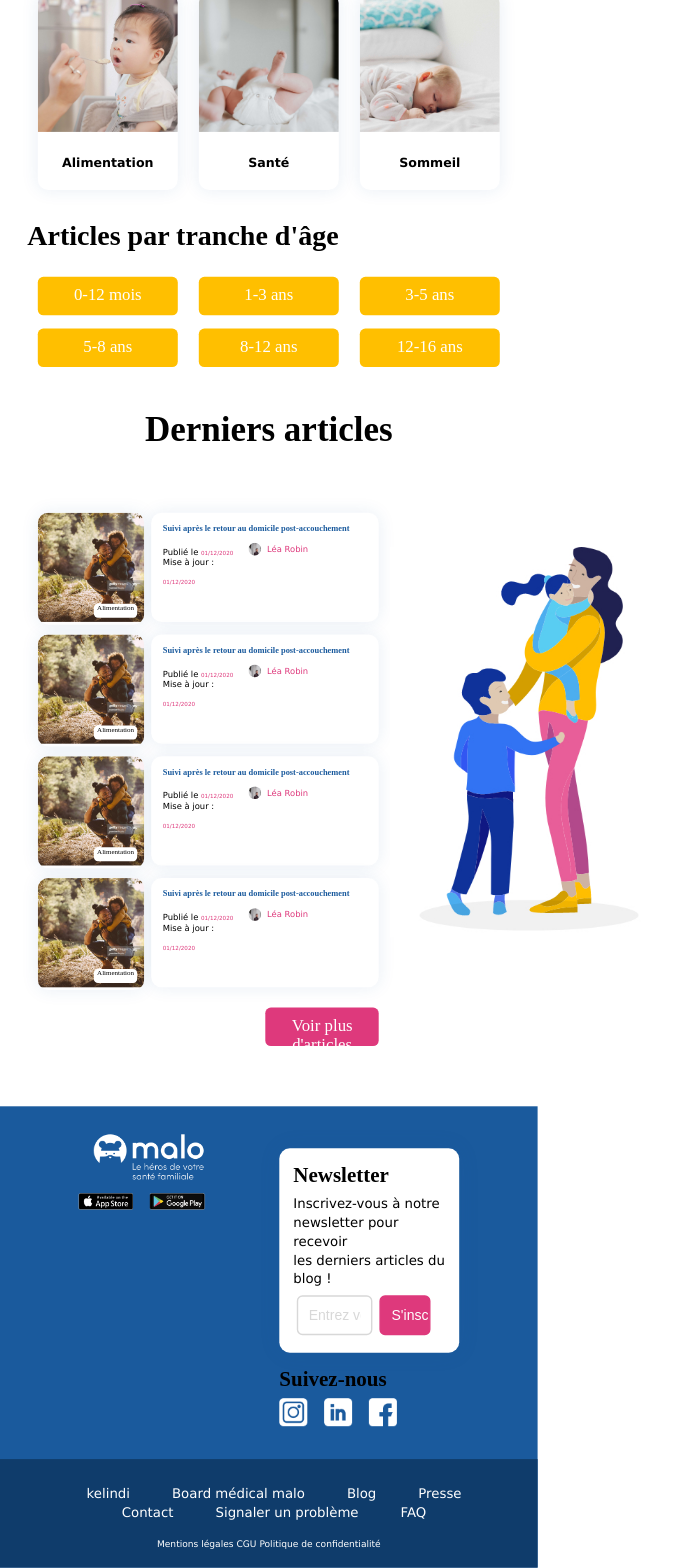
Repository: carbone-dev/keli-malo
Page: blog.html
The author's editor kept a copy of each file at every save. The page is drawn from the files as they stood at one save, then again after a run of saves.
The browser window is 768 px wide. The page is 974 px wide, so the pictures cover 974 px, including what lies to the right of the window. The pictures show the part of the page from y = 598 to 2838 px (the page is 2838 px tall before and 2726 px after), at 70% of full size.

Above is the page before, as saved 2020-12-11 11:55:55.

### blog.html
<!DOCTYPE html>
<html lang="en">

<head>
    <meta charset="UTF-8">
    <meta name="viewport" content="width=device-width, initial-scale=1.0">
    <title>Document</title>
    <link rel="stylesheet" type="text/css" href="css/style.css">
    <link rel="stylesheet" type="text/css" href="css/header.css">
    <link rel="stylesheet" type="text/css" href="css/grid.css">
    <link rel="stylesheet" type="text/css" href="css/blog.css">
    <link rel="preconnect" href="https://fonts.gstatic.com">
    <link href="https://fonts.googleapis.com/css2?family=Poppins:wght@200;300;400;900&display=swap" rel="stylesheet">
</head>

<body>
    <div class="container">

        <div class="header row align-items-center">
            <div class="col-6 col-md-2 ">
                <img class='img-full-width ' src="img/logo.png">
            </div>
            <div class="menu col-6 col-md-10 right d-none d-md-block ">
                <a href="#">Blog</a>
                <a href="#" class="boutton-1">Nous contacter</a>
            </div>
            <div class="menu col-6 col-md-10 right d-md-none d-sm-block">
                <a href="#nav-mobile">
                    <img src="img/burger.png" alt="">
                </a>
            </div>

            <div id="nav-mobile" class="modaloverlay">
                <div class="modal">
                    <div class="row">
                        <div class="col-6">
                            <img class='img-full-width ' src="img/logo.png">
                        </div>
                        <div class="menu col-6 right">
                            <a href="#close" class="close">
                                <img src="img/close.png" alt="">
                            </a>
                        </div>
                    </div>
                    <div class="row align-items-center center modal-content">
                        <div class="col-12">
                            <a href="#">Blog</a>
                        </div>
                        <div class="col-12">
                            <a href="#" class="boutton-1">Nous contacter</a>
                        </div>
                        <div class="col-12">
                            <a href="#"><img src="img/instagram.png"></a>
                            <a href="#"><img src="img/linkedin.png"></a>
                            <a href="#"><img src="img/facebook.png"></a>
                        </div>
                    </div>
                </div>
            </div>
        </div>

        <div class="top-section row">
            <div class="col-12 col-md-8 t-responsive">
                <h1>
                    Bienvenue sur le blog malo
                </h1>
                <p>Retrouvez nos conseils pour la santé de vos enfants</p>
            </div>
            <div class="col-12 col-md-4 right t-responsive">
                <img src="img/blog-header-image.png" alt="blog-header-image">
            </div>
        </div>

        <div class="section t-responsive">
            <h3>Articles par thématique</h3>
            <div class="row">
                <div class="col-sm-12 col-md-4">
                    <div class="card">
                        <img src="img/blog-theme-1.jpg" alt="Avatar" style="width:100%">
                        <div class="card-content row align-items-center">
                            <p class="card-title col-12">Alimentation</p>
                        </div>
                    </div>
                </div>
                <div class="col-sm-12 col-md-4">
                    <div class="card">
                        <img src="img/blog-theme-2.jpg" alt="Avatar" style="width:100%">
                        <div class="card-content row align-items-center">
                            <p class="card-title col-12">Santé</p>
                        </div>
                    </div>
                </div>
                <div class="col-sm-12 col-md-4">
                    <div class="card">
                        <img src="img/blog-theme-3.jpg" alt="Avatar" style="width:100%">
                        <div class="card-content row align-items-center">
                            <p class="card-title col-12">Sommeil</p>
                        </div>
                    </div>
                </div>
            </div>
        </div>

        <div class="section t-responsive">
            <h3>Articles par tranche d'âge</h3>
            <div class="row">
                <div class="col-6 col-md-4 margin-bottom">
                    <button class="btn btn-tertiary full-width">0-12 mois</button>
                </div>
                <div class="col-6 col-md-4 margin-bottom">
                    <button class="btn btn-tertiary full-width">1-3 ans</button>
                </div>
                <div class="col-6 col-md-4 margin-bottom">
                    <button class="btn btn-tertiary full-width">3-5 ans</button>
                </div>
                <div class="col-6 col-md-4 margin-bottom">
                    <button class="btn btn-tertiary full-width">5-8 ans</button>
                </div>
                <div class="col-6 col-md-4 margin-bottom">
                    <button class="btn btn-tertiary full-width">8-12 ans</button>
                </div>
                <div class="col-6 col-md-4 margin-bottom">
                    <button class="btn btn-tertiary full-width">12-16 ans</button>
                </div>
            </div>
        </div>

        <div class="section">
            <h2 class="center">Derniers articles</h2>
            <div class="row">
                <div class="col-12 col-md-9">
                    <div class="blog row no-gutters">
                        <div class="col-4">
                            <div class="blog-img">
                                <img src="img/blog-1.jpg" class="full-width" alt="">
                                <span class="tag">Alimentation</span>
                            </div>
                        </div>
                        <div class="col-8">
                            <div class="blog-content">
                                <a href="#">
                                    <h4 class="blog-title secondary">Suivi après le retour au domicile post-accouchement
                                    </h4>
                                </a>
                                <div class="row no-gutters mt-5 col-reverse">
                                    <div class="col-md-5 col-12">
                                        <p>
                                            Publié le <span class="primary">01/12/2020 </span>
                                        </p>
                                        <p>
                                            Mise à jour : <span class="primary">01/12/2020 </span>
                                        </p>
                                    </div>
                                    <div class="col-md-7 col-12">
                                        <div class="avatar d-inline-block ">
                                            <img src="img/avatar.jpg" alt="">
                                        </div>
                                        <div class="author d-inline-block">
                                            <p class="primary">Léa Robin</p>
                                        </div>
                                    </div>
                                </div>
                            </div>
                        </div>
                    </div>

                    <div class="blog row no-gutters">
                        <div class="col-4">
                            <div class="blog-img">
                                <img src="img/blog-1.jpg" class="full-width" alt="">
                                <span class="tag">Alimentation</span>
                            </div>
                        </div>
                        <div class="col-8">
                            <div class="blog-content">
                                <a href="#">
                                    <h4 class="blog-title secondary">Suivi après le retour au domicile post-accouchement
                                    </h4>
                                </a>
                                <div class="row no-gutters mt-5 col-reverse">
                                    <div class="col-md-5 col-12">
                                        <p>
                                            Publié le <span class="primary">01/12/2020 </span>
                                        </p>
                                        <p>
                                            Mise à jour : <span class="primary">01/12/2020 </span>
                                        </p>
                                    </div>
                                    <div class="col-md-7 col-12">
                                        <div class="avatar d-inline-block ">
                                            <img src="img/avatar.jpg" alt="">
                                        </div>
                                        <div class="author d-inline-block">
                                            <p class="primary">Léa Robin</p>
                                        </div>
                                    </div>
                                </div>
                            </div>
                        </div>
                    </div>

                    <div class="blog row no-gutters">
                        <div class="col-4">
                            <div class="blog-img">
                                <img src="img/blog-1.jpg" class="full-width" alt="">
                                <span class="tag">Alimentation</span>
                            </div>
                        </div>
                        <div class="col-8">
                            <div class="blog-content">
                                <a href="#">
                                    <h4 class="blog-title secondary">Suivi après le retour au domicile post-accouchement
                                    </h4>
                                </a>
                                <div class="row no-gutters mt-5 col-reverse">
                                    <div class="col-md-5 col-12">
                                        <p>
                                            Publié le <span class="primary">01/12/2020 </span>
                                        </p>
                                        <p>
                                            Mise à jour : <span class="primary">01/12/2020 </span>
                                        </p>
                                    </div>
                                    <div class="col-md-7 col-12">
                                        <div class="avatar d-inline-block ">
                                            <img src="img/avatar.jpg" alt="">
                                        </div>
                                        <div class="author d-inline-block">
                                            <p class="primary">Léa Robin</p>
                                        </div>
                                    </div>
                                </div>
                            </div>
                        </div>
                    </div>

                    <div class="blog row no-gutters">
                        <div class="col-4">
                            <div class="blog-img">
                                <img src="img/blog-1.jpg" class="full-width" alt="">
                                <span class="tag">Alimentation</span>
                            </div>
                        </div>
                        <div class="col-8">
                            <div class="blog-content">
                                <a href="#">
                                    <h4 class="blog-title secondary">Suivi après le retour au domicile post-accouchement
                                    </h4>
                                </a>
                                <div class="row no-gutters mt-5 col-reverse">
                                    <div class="col-md-5 col-12">
                                        <p>
                                            Publié le <span class="primary">01/12/2020 </span>
                                        </p>
                                        <p>
                                            Mise à jour : <span class="primary">01/12/2020 </span>
                                        </p>
                                    </div>
                                    <div class="col-md-7 col-12">
                                        <div class="avatar d-inline-block ">
                                            <img src="img/avatar.jpg" alt="">
                                        </div>
                                        <div class="author d-inline-block">
                                            <p class="primary">Léa Robin</p>
                                        </div>
                                    </div>
                                </div>
                            </div>
                        </div>
                    </div>
                    <div class="no-gutters mt-5 row">
                        <div class="col-md-8 d-none d-md-block">
                        </div>
                        <div class="col-md-4 col-12">
                            <button class="btn btn-primary full-width">
                                Voir plus d'articles
                            </button>
                        </div>
                    </div>





                </div>
                <div class="col-md-3 d-none d-md-block blog-list-bg">
                    <img src="img/blog-list-bg.jpg" alt="">
                </div>
            </div>
        </div>




    </div>


    <div class="footer mt-10">
		<div class="logo-popup row center-p">
			<div class="logo-boutton center col-md-6">
				<img src="img/logo-footer.png" width="50%"><br>
				<div class="img-boutton">
					<a href="#"><img src="img/app-store.png"></a>
					<a href="#"><img src="img/google-play.png"></a>
				</div>
			</div>
			<div class="popup-icon col-md-5 left center-p">
				<div class="box-shadow news-letter">
					<h4>Newsletter</h4>
					<p>Inscrivez-vous à notre newsletter pour recevoir <br>les derniers articles du blog !</p>
					<div class="row center-p">
						<input type="email" name="mail" placeholder="Entrez votre Email"
							class="formulaire mail-footer col-md-6 col-6">
						<input type="submit" value="S'inscrire" class="formulaire boutton-footer col-md-4 col-4">
					</div>
				</div>
				<div class="suivez-footer">
					<h4>Suivez-nous</h4>
					<a href="#"><img src="img/instagram-footer.png"></a>
					<a href="#"><img src="img/linkedin-footer.png"></a>
					<a href="#"><img src="img/facebook-footer.png"></a>
				</div>


			</div>
		</div>
		<div class="menu-footer center">
			<ul class="row center ">
				<li><a href="#">kelindi </a></li>
				<li><a href="#">Board médical malo </a></li>
				<li><a href="#">Blog </a></li>
				<li><a href="#">Presse </a></li>
				<li><a href="#">Contact </a></li>
				<li><a href="#">Signaler un problème </a></li>
				<li><a href="#">FAQ </a></li>
			</ul>
			<p><span>Mentions légales CGU Politique de confidentialité</span></p>
		</div>
	</div>
</body>

</html>

### css/header.css
.header{
    margin-top: 43px;
}

/* MODAL MOBILE */

.modaloverlay {
    background: rgba(0, 0, 0, 0.8);
    bottom: 0;
    left: 0;
    opacity: 0;
    pointer-events: none;
    position: fixed;
    right: 0;
    top: 0;
    -webkit-transition: opacity 400ms ease-in;
    -moz-transition: opacity 400ms ease-in;
    transition: opacity 400ms ease-in;
    z-index: -1;
    display: none;
  }
  .modaloverlay:target {
    display: block;
    opacity: 1;
    pointer-events: auto;
    z-index: 99999;
  }
  .modaloverlay .modal {
    background-color: white;
    height: 100%;
    position: relative;
    margin: 0 auto;
    padding-top: 43px;
    padding-left: 15px;
    overflow-y: scroll;
    -webkit-overflow-scrolling: touch;
  }
  @media (min-width: 60em) {
    .modaloverlay .modal {
      height: 75%;
      margin: 5% auto;
      max-height: 57em;
      max-width: 66em;
      width: 85%;
    }
  }
  .modaloverlay .modal > iframe,
  .modaloverlay .modal > div {
    border: none;
    width: 100%;
    /* height: 100%; */
  }
  .modaloverlay .close {
    position: relative;
    top: 10px;
  }

  .modal-content{
    height: 60%;
    padding-top: 160px;
  }

### css/blog.css
.card {
  transition: 0.3s;
  width: 100%;
  border-radius: 15px;
  box-shadow: 0 0 25px 0 rgba(34, 90, 157, 0.1);
  overflow: hidden;
  cursor: pointer;
}

.card img {
  width: 100%;
  height: 199px;
  object-fit: cover;
}

.card:hover {
  box-shadow: 0 8px 16px 0 rgba(0, 0, 0, 0.2);
}

.card-content {
  padding: 2px 16px;
  height: 79px;
}

.card-title {
  font-family: verdana;
  font-size: 18px;
  font-weight: 900;
  text-align: center;
}

.blog {
  margin-bottom: 14px;
}

.blog-img {
  border-radius: 15px;
  box-shadow: 0 0 25px 0 rgba(34, 90, 157, 0.1);
  overflow: hidden;
  position: relative;
  margin-right: 10px;
}

.blog-img img {
  width: 100%;
  height: 156px;
  object-fit: cover;
}

.blog-content {
  height: 156px;
  padding: 16px;
  border-radius: 15px;
  box-shadow: 0 0 25px 0 rgba(34, 90, 157, 0.1);
  background-color: #ffffff;
}

.blog-content p {
  font-size: 14px !important;
}

.blog-title {
  margin-bottom: 0 !important;
  font-size: 20px;
  line-height: 1;
}

.blog-list-bg{
    padding: 7% 0 7% 0;
}

.avatar {
  height: 50px;
  width: 50px;
  border-radius: 50px;
  overflow: hidden;
}

.avatar img {
  width: 100%;
  object-fit: cover;
}

.author {
  position: relative;
  top: -20px;
  left: 10px;
}

.tag {
  height: 35px;
  background-color: #ffffff;
  padding: 10px;
  position: absolute;
  bottom: 10px;
  display: block;
  border-radius: 8px;
  font-family: montserrat;
  right: 10px;
}

@media only screen and (min-width: 107px) and (max-width: 768px) {
  .blog-title {
    font-size: 12px !important;
    line-height: 1 !important;
  }
  .blog-content p {
    font-size: 12px !important;
    height: 15px;
  }

  .blog-content span {
    font-size: 8px !important;
  }

  .tag{
    font-size: 10px !important;
    padding: 0px 5px 0 5px !important;
    height: 20px;
    border-radius: 6px;
  }

  .avatar {
    height: 18px;
    width: 18px;
  }

  .author {
    position: relative;
    top: -5px;
    left: 5px;
  }
}

Loaded but not shown: css/grid.css (1496 lines, source omitted); css/style.css (873 lines, source omitted)

After the next 3 saves:
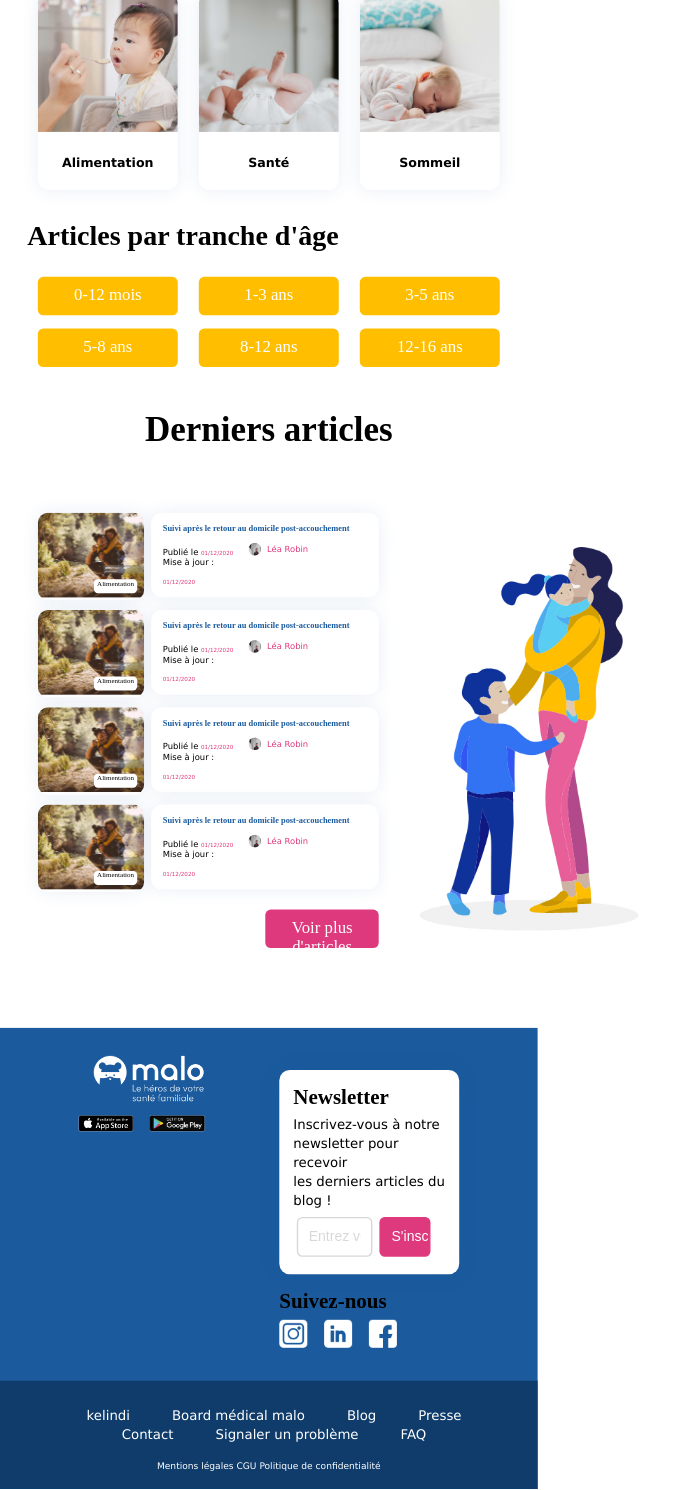
The 3 saves are shown as one change because they came seconds apart.
The last was saved 51 s later.
--- a/css/blog.css
+++ b/css/blog.css
@@ -113,6 +113,14 @@
     font-size: 8px !important;
   }
 
+  .blog-img img {
+    height: 121px;
+  }
+
+  .blog-content {
+    height: 121px;
+  }
+
   .tag{
     font-size: 10px !important;
     padding: 0px 5px 0 5px !important;
